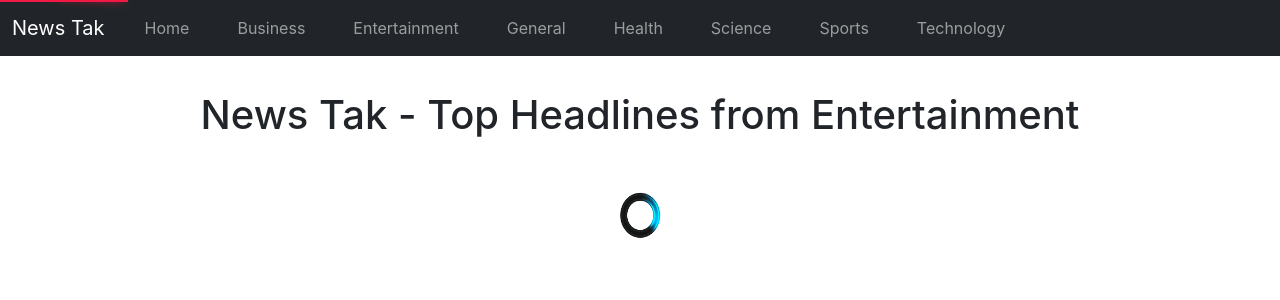
Repository: Rohit-foryou/News-website
Page: /entertainment
An editor plug-in stored every save of this project. The page is shown before and after the next save, followed by the edit.
The browser window is 1280 px wide. The pictures show the whole page.
The page's requests for data from a server got no answer. The project was rebuilt for these pictures with package versions that can differ from the ones it lists, and the page was loaded fresh each time. No one was signed in, and anything a server would have sent is missing. Also part of the build but not shown: src/Components/NewsItem.js.

Above is the page before, as saved 2024-01-11 23:11:43.

### public/index.html
<!DOCTYPE html>
<html lang="en">
  <head>
    <meta charset="utf-8" />
    <link rel="icon" href="%PUBLIC_URL%/favicon.ico" />
    <meta name="viewport" content="width=device-width, initial-scale=1" />
    <meta name="theme-color" content="#000000" />
    <meta
      name="description"
      content="News Tak is used to see latest news fast and easy"
    />
    <link rel="apple-touch-icon" href="%PUBLIC_URL%/logo192.png" />
    <!--
      manifest.json provides metadata used when your web app is installed on a
      user's mobile device or desktop. See https://developers.google.com/web/fundamentals/web-app-manifest/
    -->
    <link rel="manifest" href="%PUBLIC_URL%/manifest.json" />
    <!--
      Notice the use of %PUBLIC_URL% in the tags above.
      It will be replaced with the URL of the `public` folder during the build.
      Only files inside the `public` folder can be referenced from the HTML.

      Unlike "/favicon.ico" or "favicon.ico", "%PUBLIC_URL%/favicon.ico" will
      work correctly both with client-side routing and a non-root public URL.
      Learn how to configure a non-root public URL by running `npm run build`.
    -->
    <title>News Tak</title>
    <link href="https://cdn.jsdelivr.net/npm/bootstrap@5.3.2/dist/css/bootstrap.min.css" rel="stylesheet" integrity="sha384-T3c6CoIi6uLrA9TneNEoa7RxnatzjcDSCmG1MXxSR1GAsXEV/Dwwykc2MPK8M2HN" crossorigin="anonymous">
  </head>
  <body>
    <noscript>You need to enable JavaScript to run this app.</noscript>
    <div id="root"></div>
    <!--
      This HTML file is a template.
      If you open it directly in the browser, you will see an empty page.

      You can add webfonts, meta tags, or analytics to this file.
      The build step will place the bundled scripts into the <body> tag.

      To begin the development, run `npm start` or `yarn start`.
      To create a production bundle, use `npm run build` or `yarn build`.
    -->
    <script src="https://cdn.jsdelivr.net/npm/bootstrap@5.3.2/dist/js/bootstrap.bundle.min.js" integrity="sha384-C6RzsynM9kWDrMNeT87bh95OGNyZPhcTNXj1NW7RuBCsyN/o0jlpcV8Qyq46cDfL" crossorigin="anonymous"></script>
  </body>
</html>

### src/App.js
import React, { Component } from 'react';
import NavBar from './Components/NavBar';
import News from './Components/News';
import {
  BrowserRouter,
  Route,
  Routes,
} from "react-router-dom";
import LoadingBar from 'react-top-loading-bar'

export class App extends Component {
  pageSize=9;

  state = {
    progress: 0
  }
  setProgress = (progress)=>{
    this.setState({progress: progress})
  }


  render() {
    return (
      <div>
        <BrowserRouter>
          <NavBar />
        <LoadingBar
        color='#f11946'
        progress={this.state.progress}
      />
          <Routes>
            <Route exact path='/' element={<News setProgress={this.setProgress}  key="general"pageSize={this.pageSize} country='in' category='general' />} />
            <Route exact path='/business' element={<News setProgress={this.setProgress}  key="business"pageSize={this.pageSize} country='in' category='business' />} />
            <Route exact path='/entertainment' element={<News setProgress={this.setProgress}  key="entertainment"pageSize={this.pageSize} country='in' category='entertainment' />} />
            <Route exact path='/general' element={<News setProgress={this.setProgress}  key="general"pageSize={this.pageSize} country='in' category='general' />} />
            <Route exact path='/health' element={<News setProgress={this.setProgress}  key="health"pageSize={this.pageSize} country='in' category='health' />} />
            <Route exact path='/science' element={<News setProgress={this.setProgress}  key="science"pageSize={this.pageSize} country='in' category='science' />} />
            <Route exact path='/sports' element={<News setProgress={this.setProgress}  key="sports"pageSize={this.pageSize} country='in' category='sports' />} />
            <Route exact path='/technology' element={<News setProgress={this.setProgress}  key="technology"pageSize={this.pageSize} country='in' category='technology' />} />
          </Routes>
        </BrowserRouter>
      </div>
    );
  }
}

export default App;

### src/Components/NavBar.js
import React, { Component } from "react";
import {Link} from "react-router-dom";

export default class NavBar extends Component {
  render() {
    return (
      <div>
        <nav className="navbar navbar-expand-lg navbar-dark bg-dark">
          <div className="container-fluid">
            <Link className="navbar-brand" to="/">
              News Tak
            </Link>
            <button
              className="navbar-toggler"
              type="button"
              data-bs-toggle="collapse"
              data-bs-target="#navbarSupportedContent"
              aria-controls="navbarSupportedContent"
              aria-expanded="false"
              aria-label="Toggle navigation"
            >
              <span className="navbar-toggler-icon"></span>
            </button>
            <div
              className="collapse navbar-collapse"
              id="navbarSupportedContent"
            >
              <ul className="navbar-nav me-auto mb-2 mb-lg-0">
                <li className="nav-item mx-3">
                  <Link className="nav-link" aria-current="page" to="/">
                    Home
                  </Link>
                </li>
                <li className="nav-item mx-3">
                  <Link className="nav-link" to="/business">
                    Business
                  </Link>
                </li>
                <li className="nav-item mx-3">
                  <Link className="nav-link" to="/entertainment">
                    Entertainment
                  </Link>
                </li>
                <li className="nav-item mx-3">
                  <Link className="nav-link" to="/general">
                    General
                  </Link>
                </li>
                <li className="nav-item mx-3">
                  <Link className="nav-link" to="/health">
                    Health
                  </Link>
                </li>
                <li className="nav-item mx-3">
                  <Link className="nav-link" to="/science">
                    Science
                  </Link>
                </li>
                <li className="nav-item mx-3">
                  <Link className="nav-link" to="/sports">
                    Sports
                  </Link>
                </li>
                <li className="nav-item mx-3">
                  <Link className="nav-link" to="/technology">
                    Technology
                  </Link>
                </li>
              </ul>
            </div>
          </div>
        </nav>
      </div>
    );
  }
}

### src/Components/News.js
import React, { Component } from "react";
import NewsItem from "./NewsItem";
import Spinner from "./Spinner";
import PropTypes from 'prop-types'
import InfiniteScroll from "react-infinite-scroll-component";


export class News extends Component {

  static defaultProps = {
    country: 'in',
    pageSize: 8,
    category: 'general',
    totalResults: 0,
  }

  static propTypes = {
    country: PropTypes.string,
    pageSize: PropTypes.number,
    category: PropTypes.string,
  }

  capitalizeFirstLetter = (string) => {
    return string.charAt(0).toUpperCase() + string.slice(1);
  }

  constructor(props) {
    super(props);
    // console.log("hello i am constructor");
    this.state = {
      articles: [],
      loading: false,
      page: 1,
    };
    document.title = `${this.capitalizeFirstLetter(this.props.category)} - News Tak`;
  }



  async componentDidMount() {
    this.update();
  }

  handleNextClick = async () => {
    this.setState({ page: this.state.page + 1 });
    this.update();

  };


  handlePrevClick = async () => {
    this.setState({ page: this.state.page - 1 });
    this.update();
  };

  async update() {
    try {
      this.props.setProgress(10);
      const url = `https://newsapi.org/v2/top-headlines?country=${this.props.country}&category=${this.props.category}&apiKey=fa3dbec13bb44cd2a222250b4aea8871&page=${this.state.page - 1}&pageSize=${this.props.pageSize}`;

      this.setState({ loading: true });

      let data = await fetch(url);

      if (!data.ok) {
        throw new Error(`Failed to fetch data. Status: ${data.status}`);
      }

      this.props.setProgress(30);
      let parsedData = await data.json();
      this.props.setProgress(70);

      this.setState({
        totalResults: parsedData.totalResults || 0,
        articles: parsedData.articles || [],
        loading: false,
      });
      this.props.setProgress(100);
    } catch (error) {
      console.error("Error updating data:", error);
      // Handle the error, e.g., show an error message to the user
      this.setState({
        loading: false,
      });
    }
  }

  fetchMoreData = async () => {
    this.setState({ page: this.state.page + 1 })
    const url = `https://newsapi.org/v2/top-headlines?country=${this.props.country}&category=${this.props.category}&apiKey=fa3dbec13bb44cd2a222250b4aea8871&page=${this.state.page - 1}&pageSize=${this.props.pageSize}`;

    this.setState({ loading: true });
    let data = await fetch(url);
    let parsedData = await data.json();

    this.setState({
      totalResults: parsedData.totalResults,
      articles: this.state.articles.concat(parsedData.articles),
      loading: false,
    });
  };


  render() {
    return (
      <>
        <h1 className="text-center" style={{ margin: '35px 0px' }}>News Tak - Top Headlines from {this.capitalizeFirstLetter(this.props.category)}</h1>
        {/* {this.state.loading && <Spinner/>} */}

        <InfiniteScroll
          dataLength={this.state.articles.length}
          next={this.fetchMoreData}
          hasMore={this.state.articles.length !== this.state.totalResults}
          loader={<Spinner />}>


          <div className="container">
            <div className="row">
              {this.state.articles.map((element) => {
                return (
                  <div className="col-md-4" key={element.url}>
                    <NewsItem
                      title={element.title ? element.title.slice(0, 100) : ""}
                      description={
                        element.description ? element.description.slice(0, 83) : ""
                      }
                      imgUrl={element.urlToImage}
                      newsUrl={element.url}
                      author={element.author}
                      date={element.publishedAt}
                      source={element.source.name}
                    />
                  </div>
                );
              })}
            </div>
          </div>
        </InfiniteScroll>

      </>
    );
  }
}

export default News;

### src/Components/Spinner.js
import React from 'react';
import loading from './loading.gif';

const Spinner = () => {
  return (
    <div className='text-center my-3'>
      <img src={loading} alt="loading" style={{ width: '50px', height: '50px' }} />
    </div>
  );
}

export default Spinner;

Loaded but not shown: src/index.js (common file); src/index.css (common file); src/reportWebVitals.js (common file)

After the next save:
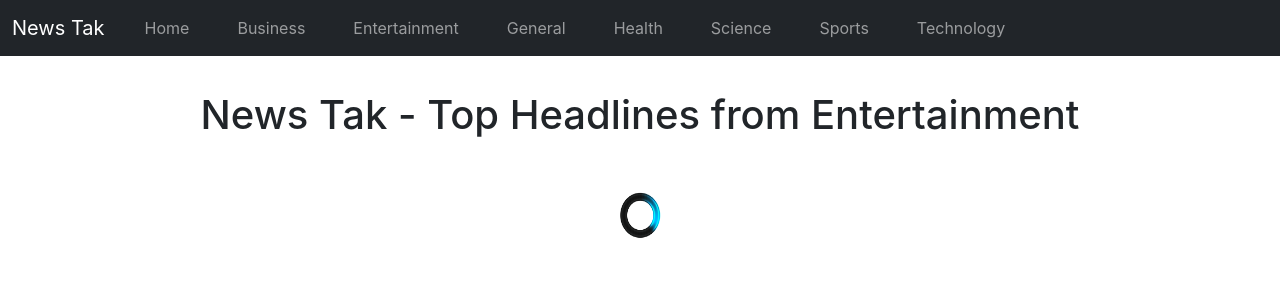
Saved 57 s later.
--- a/src/Components/News.js
+++ b/src/Components/News.js
@@ -54,36 +54,19 @@
   };
 
   async update() {
-    try {
-      this.props.setProgress(10);
-      const url = `https://newsapi.org/v2/top-headlines?country=${this.props.country}&category=${this.props.category}&apiKey=fa3dbec13bb44cd2a222250b4aea8871&page=${this.state.page - 1}&pageSize=${this.props.pageSize}`;
+    const url = `https://newsapi.org/v2/top-headlines?country=${this.props.country}&category=${this.props.category}&apiKey=fa3dbec13bb44cd2a222250b4aea8871&page=${this.state.page - 1}&pageSize=${this.props.pageSize}`;
 
-      this.setState({ loading: true });
+    this.setState({loading: true});
+    let data = await fetch(url);
+    let parsedData = await data.json();
 
-      let data = await fetch(url);
+    this.setState({
+      totalResults: parsedData.articles,
+      articles: parsedData.articles,
+      loading: false,
+    });
 
-      if (!data.ok) {
-        throw new Error(`Failed to fetch data. Status: ${data.status}`);
-      }
-
-      this.props.setProgress(30);
-      let parsedData = await data.json();
-      this.props.setProgress(70);
-
-      this.setState({
-        totalResults: parsedData.totalResults || 0,
-        articles: parsedData.articles || [],
-        loading: false,
-      });
-      this.props.setProgress(100);
-    } catch (error) {
-      console.error("Error updating data:", error);
-      // Handle the error, e.g., show an error message to the user
-      this.setState({
-        loading: false,
-      });
-    }
-  }
+};
 
   fetchMoreData = async () => {
     this.setState({ page: this.state.page + 1 })

After the save that followed:
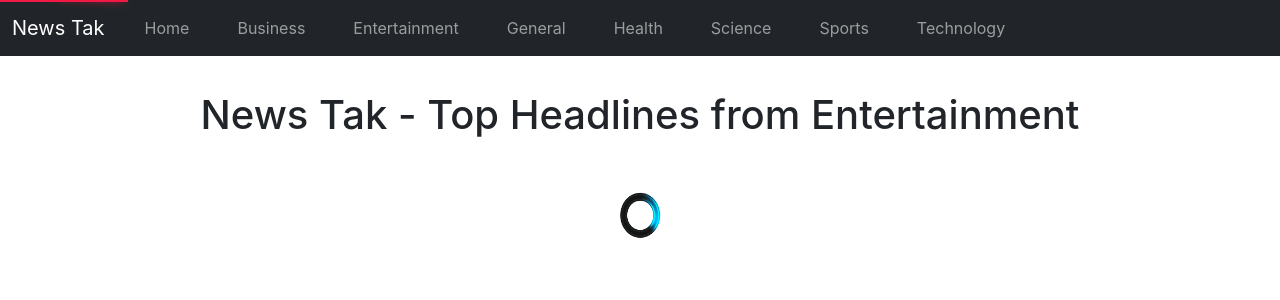
Saved 9 s later.
--- a/src/Components/News.js
+++ b/src/Components/News.js
@@ -54,19 +54,36 @@
   };
 
   async update() {
-    const url = `https://newsapi.org/v2/top-headlines?country=${this.props.country}&category=${this.props.category}&apiKey=fa3dbec13bb44cd2a222250b4aea8871&page=${this.state.page - 1}&pageSize=${this.props.pageSize}`;
+    try {
+      this.props.setProgress(10);
+      const url = `https://newsapi.org/v2/top-headlines?country=${this.props.country}&category=${this.props.category}&apiKey=fa3dbec13bb44cd2a222250b4aea8871&page=${this.state.page - 1}&pageSize=${this.props.pageSize}`;
 
-    this.setState({loading: true});
-    let data = await fetch(url);
-    let parsedData = await data.json();
+      this.setState({ loading: true });
 
-    this.setState({
-      totalResults: parsedData.articles,
-      articles: parsedData.articles,
-      loading: false,
-    });
+      let data = await fetch(url);
 
-};
+      if (!data.ok) {
+        throw new Error(`Failed to fetch data. Status: ${data.status}`);
+      }
+
+      this.props.setProgress(30);
+      let parsedData = await data.json();
+      this.props.setProgress(70);
+
+      this.setState({
+        totalResults: parsedData.totalResults || 0,
+        articles: parsedData.articles || [],
+        loading: false,
+      });
+      this.props.setProgress(100);
+    } catch (error) {
+      console.error("Error updating data:", error);
+      // Handle the error, e.g., show an error message to the user
+      this.setState({
+        loading: false,
+      });
+    }
+  }
 
   fetchMoreData = async () => {
     this.setState({ page: this.state.page + 1 })
